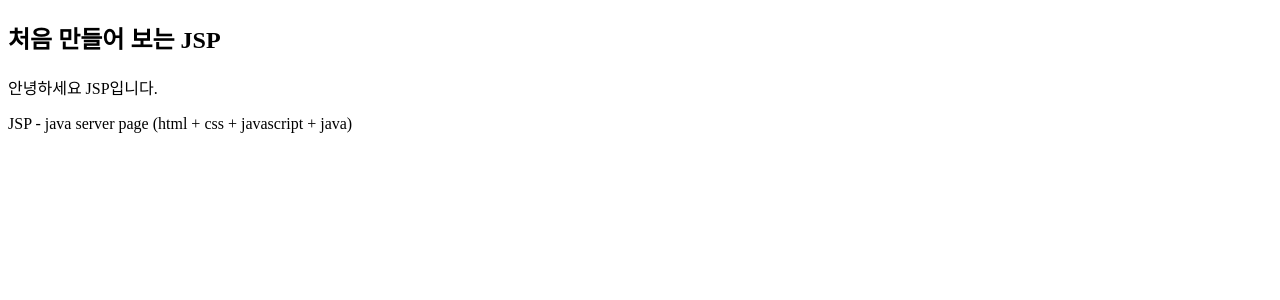
Repository: ahwaboin3/eclipse-workspace-jsp
Page: http://localhost/MustHaveJSP/HelloJSP.jsp
An editor plug-in stored every save of this project. The page is shown before and after the next save, followed by the edit.
The browser window is 1280 px wide. The pictures show the whole page.
The page is served by Tomcat 10. Other server files are loaded and not shown.

Above is the page before, as saved 2025-05-21 01:46:12.

### MustHaveJSP/src/main/webapp/HelloJSP.jsp
<%@ page language="java" contentType="text/html; charset=UTF-8"
    pageEncoding="UTF-8"%>
<!DOCTYPE html>
<%!
	String str1="JSP";
	String str2="안녕하세요";
%>
<html>
<head>
<meta charset="UTF-8">
<title>HelloJSP</title>
</head>
<body>
	<h2>처음 만들어 보는 <%=str1 %></h2>
	<p>
		<%
			out.println(str2+" "+str1+"입니다.");
		%>
	</p>
	<p id="p1"><p>
	<script type="text/javascript">
		document.querySelector("#p1").innerHTML=
			"JSP - java server page "+
			"(html + css + javascript + java)"

	</script>
</body>
</html>

After the next save:
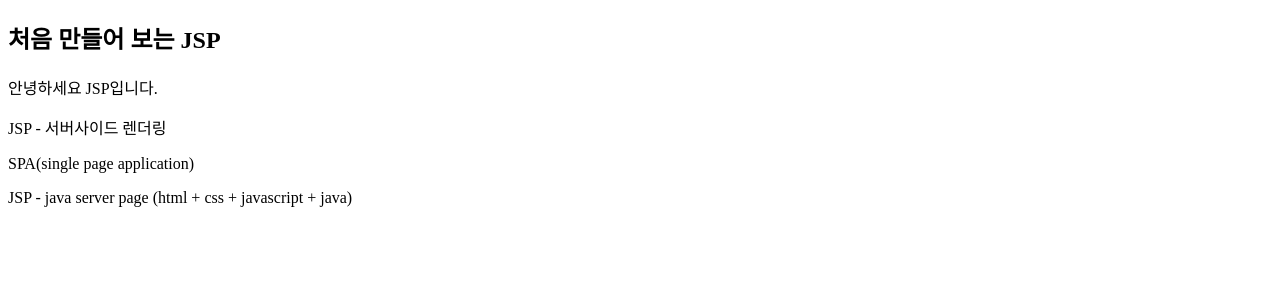
Saved 18 min 32 s later.
--- a/MustHaveJSP/src/main/webapp/HelloJSP.jsp
+++ b/MustHaveJSP/src/main/webapp/HelloJSP.jsp
@@ -17,6 +17,10 @@
 			out.println(str2+" "+str1+"입니다.");
 		%>
 	</p>
+
+	<p>JSP - 서버사이드 렌더링</p>
+	<p>SPA(single page application)</p>
+
 	<p id="p1"><p>
 	<script type="text/javascript">
 		document.querySelector("#p1").innerHTML=
